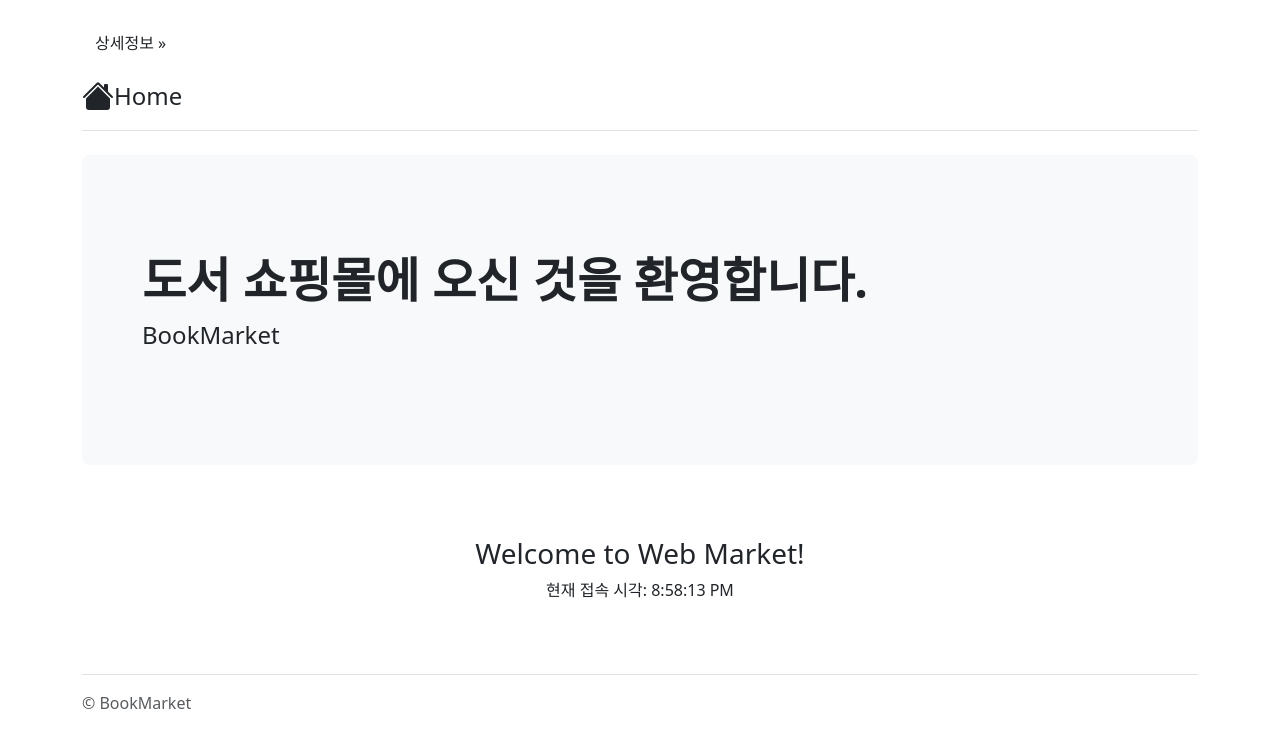
Repository: E-nani95/jsp_portfolio
Page: http://localhost/bookstore/WEB-INF/views/welcome.jsp
These files come from the project's save history. The page is drawn as it stood at one moment and after the next save; the edit follows.
The browser window is 1280 px wide. The pictures show the whole page.
The page is served by Tomcat 9. Nobody is signed in. The template is opened directly, without the code that normally fills it, so the values that code supplies are empty.

Above is the page before, as saved 2025-10-09 21:35:43.

After the next save:
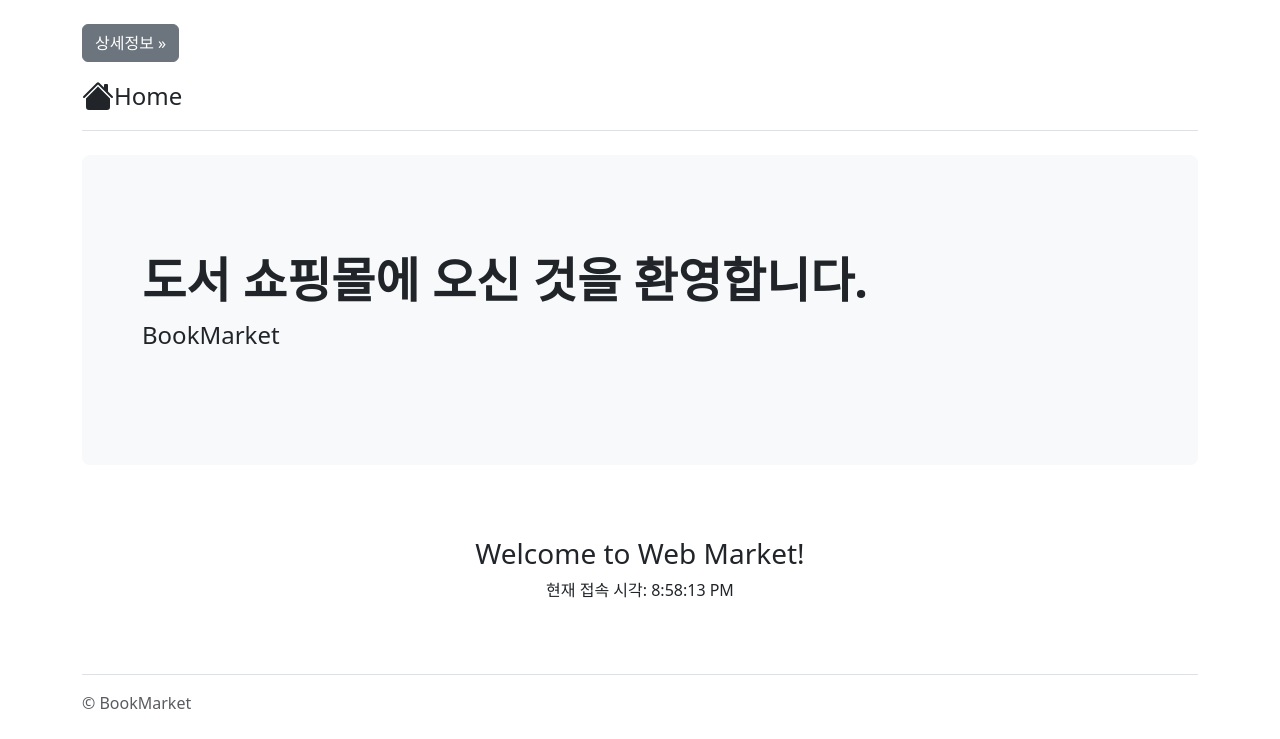
Saved 23 s later.
--- a/STS_BookStore/bookstore/src/main/webapp/WEB-INF/views/welcome.jsp
+++ b/STS_BookStore/bookstore/src/main/webapp/WEB-INF/views/welcome.jsp
@@ -12,7 +12,7 @@
 </head>
 <body>
 	<div class="container py-4">
-<p><a href="books" class="btn btn-secodary" role="button">상세정보 &raquo;</a></p>
+<p><a href="books" class="btn btn-secondary" role="button">상세정보 &raquo;</a></p>
 		<%@ include file="menu.jsp"%>
 		<%!String greeting = "도서 쇼핑몰에 오신 것을 환영합니다.";
 	String tagline = "Welcome to Web Market!";%>
